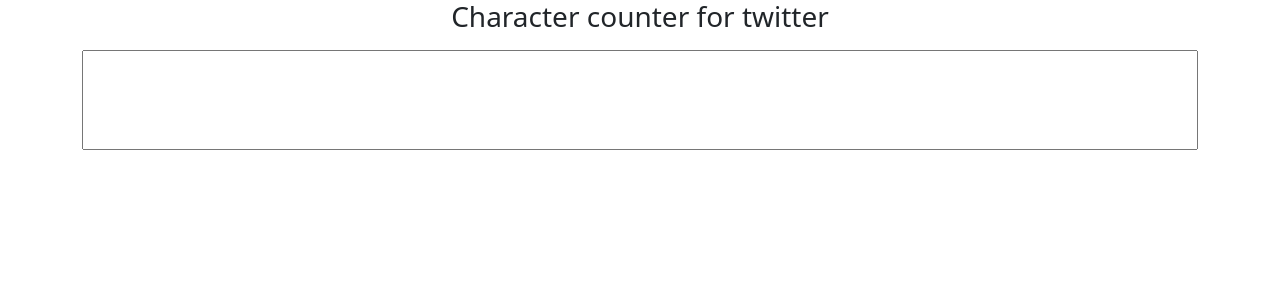
Repository: magmukendi/Tweets-Count
Page: index.html
An editor plug-in stored every save of this project. The page is shown before and after the next save, followed by the edit.
The browser window is 1280 px wide. The pictures show the whole page.
Some web libraries are served in a nearby version.

Above is the page before, as saved 2022-06-11 15:57:42.

After the next save:
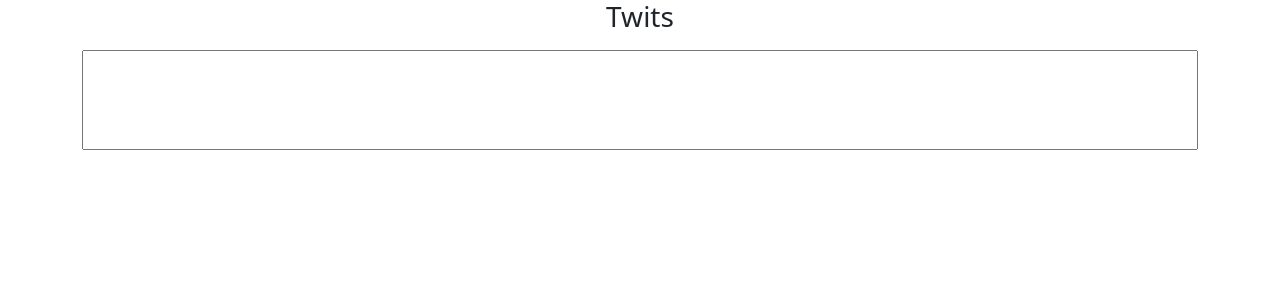
Saved 4 min 21 s later.
--- a/index.html
+++ b/index.html
@@ -13,7 +13,7 @@
 </head>
 <body>
     <div id="answer" class="container row">
-        <h3>Character counter for twitter</h3>
+        <h3>Twits</h3>
         <textarea id="tt" class="mt-2 mb-2" id="won" autosize></textarea>
         <button onclick="myFunction()" class="btn btn-primary"> Calculate</button>
 
